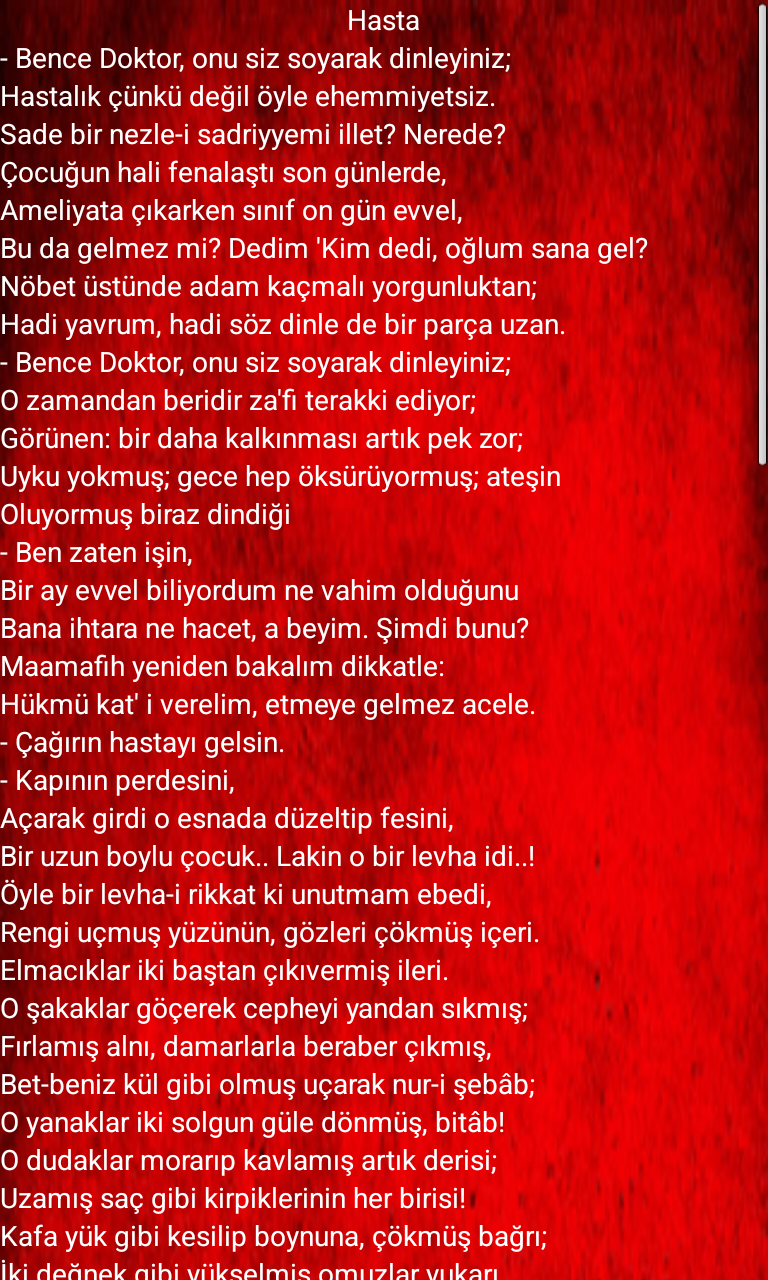
Repository: dokayazilim/Safahat-Android--Uygulamasi
Layout: safahat(android)/Safahat/res/layout/kitap2.xml
The author's editor kept a copy of each file at every save. The layout is drawn from the files as they stood at one save, then again after the next save.
It is drawn on a 768 x 1280 px phone screen (xhdpi) without system bars, with theme android:Theme; the app's code is not run.

Above is the layout before, as saved 2012-09-05 12:16:48.

### safahat(android)/Safahat/res/layout/kitap2.xml
<?xml version="1.0" encoding="utf-8"?>
<ScrollView    android:id="@+id/widget1"    android:layout_width="fill_parent"    android:layout_height="fill_parent"    xmlns:android="http://schemas.android.com/apk/res/android"    >
<LinearLayout xmlns:android="http://schemas.android.com/apk/res/android"
    android:layout_width="fill_parent"
    android:layout_height="fill_parent"
    android:orientation="vertical" android:background="@drawable/androidturk">


    <TextView
        android:id="@+id/textView1"
        android:layout_width="wrap_content"
        android:layout_height="wrap_content"
        android:text="Hasta" android:layout_gravity="center" android:textColor="#ffffff"/>
 <TextView
        android:id="@+id/textView2"
        android:layout_width="wrap_content"
        android:layout_height="wrap_content"
        android:text="- Bence Doktor, onu siz soyarak dinleyiniz; " android:textColor="#ffffff"/>
    <TextView
        android:id="@+id/textView3"
        android:layout_width="wrap_content"
        android:layout_height="wrap_content"
        android:text="Hastalık çünkü değil öyle ehemmiyetsiz. " android:textColor="#ffffff"/>
    <TextView
        android:id="@+id/textView4"
        android:layout_width="wrap_content"
        android:layout_height="wrap_content"
        android:text="Sade bir nezle-i sadriyyemi illet? Nerede? " android:textColor="#ffffff"/>
    <TextView
        android:id="@+id/textView5"
        android:layout_width="wrap_content"
        android:layout_height="wrap_content"
        android:text="Çocuğun hali fenalaştı son günlerde,  " android:textColor="#ffffff"/>
    <TextView
        android:id="@+id/textView6"
        android:layout_width="wrap_content"
        android:layout_height="wrap_content"
        android:text="Ameliyata çıkarken sınıf on gün evvel,  " android:textColor="#ffffff"/>
    <TextView
        android:id="@+id/textView7"
        android:layout_width="wrap_content"
        android:layout_height="wrap_content"
        android:text="Bu da gelmez mi? Dedim 'Kim dedi, oğlum sana gel? " android:textColor="#ffffff"/>
    <TextView
        android:id="@+id/textView8"
        android:layout_width="wrap_content"
        android:layout_height="wrap_content"
        android:text="Nöbet üstünde adam kaçmalı yorgunluktan; " android:textColor="#ffffff"/>
    <TextView
        android:id="@+id/textView9"
        android:layout_width="wrap_content"
        android:layout_height="wrap_content"
        android:text="Hadi yavrum, hadi söz dinle de bir parça uzan. " android:textColor="#ffffff"/>
    <TextView
        android:id="@+id/textView10"
        android:layout_width="wrap_content"
        android:layout_height="wrap_content"
        android:text="- Bence Doktor, onu siz soyarak dinleyiniz; " android:textColor="#ffffff"/>
    <TextView
        android:id="@+id/textView11"
        android:layout_width="wrap_content"
        android:layout_height="wrap_content"
        android:text="O zamandan beridir za'fi terakki ediyor;  " android:textColor="#ffffff"/>
    <TextView
        android:id="@+id/textView12"
        android:layout_width="wrap_content"
        android:layout_height="wrap_content"
        android:text="Görünen: bir daha kalkınması artık pek zor;  " android:textColor="#ffffff"/>
    <TextView
        android:id="@+id/textView13"
        android:layout_width="wrap_content"
        android:layout_height="wrap_content"
        android:text="Uyku yokmuş; gece hep öksürüyormuş; ateşin  " android:textColor="#ffffff"/>
    <TextView
        android:id="@+id/textView14"
        android:layout_width="wrap_content"
        android:layout_height="wrap_content"
        android:text="Oluyormuş biraz dindiği  " android:textColor="#ffffff"/>
    <TextView
        android:id="@+id/textView15"
        android:layout_width="wrap_content"
        android:layout_height="wrap_content"
        android:text="- Ben zaten işin, " android:textColor="#ffffff"/>
    <TextView
        android:id="@+id/textView16"
        android:layout_width="wrap_content"
        android:layout_height="wrap_content"
        android:text="Bir ay evvel biliyordum ne vahim olduğunu " android:textColor="#ffffff"/>
    <TextView
        android:id="@+id/textView17"
        android:layout_width="wrap_content"
        android:layout_height="wrap_content"
        android:text="Bana ihtara ne hacet, a beyim. Şimdi bunu?  " android:textColor="#ffffff"/>
    <TextView
        android:id="@+id/textView18"
        android:layout_width="wrap_content"
        android:layout_height="wrap_content"
        android:text="Maamafih yeniden bakalım dikkatle:  " android:textColor="#ffffff"/>
    <TextView
        android:id="@+id/textView19"
        android:layout_width="wrap_content"
        android:layout_height="wrap_content"
        android:text="Hükmü kat' i verelim, etmeye gelmez acele. " android:textColor="#ffffff"/>
    <TextView
        android:id="@+id/textView20"
        android:layout_width="wrap_content"
        android:layout_height="wrap_content"
        android:text="- Çağırın hastayı gelsin. " android:textColor="#ffffff"/>
    <TextView
        android:id="@+id/textView21"
        android:layout_width="wrap_content"
        android:layout_height="wrap_content"
        android:text="- Kapının perdesini,  " android:textColor="#ffffff"/>
    <TextView
        android:id="@+id/textView22"
        android:layout_width="wrap_content"
        android:layout_height="wrap_content"
        android:text="Açarak girdi o esnada düzeltip fesini, " android:textColor="#ffffff"/>
    <TextView
        android:id="@+id/textView23"
        android:layout_width="wrap_content"
        android:layout_height="wrap_content"
        android:text="Bir uzun boylu çocuk.. Lakin o bir levha idi..!  " android:textColor="#ffffff"/>
    <TextView
        android:id="@+id/textView24"
        android:layout_width="wrap_content"
        android:layout_height="wrap_content"
        android:text="Öyle bir levha-i rikkat ki unutmam ebedi,  " android:textColor="#ffffff"/>
    <TextView
        android:id="@+id/textView25"
        android:layout_width="wrap_content"
        android:layout_height="wrap_content"
        android:text="Rengi uçmuş yüzünün, gözleri çökmüş içeri.  " android:textColor="#ffffff"/>
    <TextView
        android:id="@+id/textView26"
        android:layout_width="wrap_content"
        android:layout_height="wrap_content"
        android:text="Elmacıklar iki baştan çıkıvermiş ileri.  " android:textColor="#ffffff"/>
    <TextView
        android:id="@+id/textView27"
        android:layout_width="wrap_content"
        android:layout_height="wrap_content"
        android:text="O şakaklar göçerek cepheyi yandan sıkmış;  " android:textColor="#ffffff"/>
    <TextView
        android:id="@+id/textView28"
        android:layout_width="wrap_content"
        android:layout_height="wrap_content"
        android:text="Fırlamış alnı, damarlarla beraber çıkmış, " android:textColor="#ffffff"/>
    <TextView
        android:id="@+id/textView29"
        android:layout_width="wrap_content"
        android:layout_height="wrap_content"
        android:text="Bet-beniz kül gibi olmuş uçarak nur-i şebâb;  " android:textColor="#ffffff"/>
    <TextView
        android:id="@+id/textView30"
        android:layout_width="wrap_content"
        android:layout_height="wrap_content"
        android:text="O yanaklar iki solgun güle dönmüş, bitâb!  " android:textColor="#ffffff"/>
    <TextView
        android:id="@+id/textView31"
        android:layout_width="wrap_content"
        android:layout_height="wrap_content"
        android:text="O dudaklar morarıp kavlamış artık derisi;  " android:textColor="#ffffff"/>
    <TextView
        android:id="@+id/textView32"
        android:layout_width="wrap_content"
        android:layout_height="wrap_content"
        android:text="Uzamış saç gibi kirpiklerinin her birisi!  " android:textColor="#ffffff"/>
    <TextView
        android:id="@+id/textView33"
        android:layout_width="wrap_content"
        android:layout_height="wrap_content"
        android:text="Kafa yük gibi kesilip boynuna, çökmüş bağrı; " android:textColor="#ffffff"/>
    <TextView
        android:id="@+id/textView34"
        android:layout_width="wrap_content"
        android:layout_height="wrap_content"
        android:text="İki değnek gibi yükselmiş omuzlar yukarı.  " android:textColor="#ffffff"/>
    <TextView
        android:id="@+id/textView35"
        android:layout_width="wrap_content"
        android:layout_height="wrap_content"
        android:text="- Otur oğlum seni dikkatlice bir dinleyelim …   " android:textColor="#ffffff"/>
    <TextView
        android:id="@+id/textView36"
        android:layout_width="wrap_content"
        android:layout_height="wrap_content"
        android:text="Soyun evvelce, fakat …   " android:textColor="#ffffff"/>
    <TextView
        android:id="@+id/textView37"
        android:layout_width="wrap_content"
        android:layout_height="wrap_content"
        android:text="- Siz soyunuz yok halim!  " android:textColor="#ffffff"/>
    <TextView
        android:id="@+id/textView38"
        android:layout_width="wrap_content"
        android:layout_height="wrap_content"
        android:text="Soydu bîçâreyi üç-beş kişi birden, o zaman   " android:textColor="#ffffff"/>
    <TextView
        android:id="@+id/textView39"
        android:layout_width="wrap_content"
        android:layout_height="wrap_content"
        android:text="Aldı bir heykeli uryân-i sefalet meydan  " android:textColor="#ffffff"/>
    <TextView
        android:id="@+id/textView40"
        android:layout_width="wrap_content"
        android:layout_height="wrap_content"
        android:text="Yok bu kemik külçesinin dinlenecek bir ciheti:  " android:textColor="#ffffff"/>
    <TextView
        android:id="@+id/textView41"
        android:layout_width="wrap_content"
        android:layout_height="wrap_content"
        android:text="' Bakmasak hastayı nevmid ederiz belki ' diye;   " android:textColor="#ffffff"/>
    <TextView
        android:id="@+id/textView42"
        android:layout_width="wrap_content"
        android:layout_height="wrap_content"
        android:text="Çocuğun göğsüne yaklaştım biraz dinlemeye:   " android:textColor="#ffffff"/>
    <TextView
        android:id="@+id/textView43"
        android:layout_width="wrap_content"
        android:layout_height="wrap_content"
        android:text="Öksür Oğlum … Nefes al…Oldu, giyin;  " android:textColor="#ffffff"/>
    <TextView
        android:id="@+id/textView44"
        android:layout_width="wrap_content"
        android:layout_height="wrap_content"
        android:text="Bakayım nabzına... A’ la... Sana yavrum, kodein  " android:textColor="#ffffff"/>
    <TextView
        android:id="@+id/textView45"
        android:layout_width="wrap_content"
        android:layout_height="wrap_content"
        android:text="Yazayım, öksürüyorsun, O, keser, pek iyidir…  " android:textColor="#ffffff"/>
    <TextView
        android:id="@+id/textView46"
        android:layout_width="wrap_content"
        android:layout_height="wrap_content"
        android:text="Arsenik hapları al, söylerim eczacı verir.  " android:textColor="#ffffff"/>
    <TextView
        android:id="@+id/textView47"
        android:layout_width="wrap_content"
        android:layout_height="wrap_content"
        android:text="Hadi git, kendine iyi bak…   " android:textColor="#ffffff"/>
    <TextView
        android:id="@+id/textView48"
        android:layout_width="wrap_content"
        android:layout_height="wrap_content"
        android:text="- Nasıl ettin doktor?   " android:textColor="#ffffff"/>
    <TextView
        android:id="@+id/textView49"
        android:layout_width="wrap_content"
        android:layout_height="wrap_content"
        android:text="- Edecek yok, çocuk artık yola girmiş, gidiyor!  " android:textColor="#ffffff"/>
    <TextView
        android:id="@+id/textView50"
        android:layout_width="wrap_content"
        android:layout_height="wrap_content"
        android:text="Sol taraftan rienin zirvesi tekmil çürümüş;  " android:textColor="#ffffff"/>
    <TextView
        android:id="@+id/textView51"
        android:layout_width="wrap_content"
        android:layout_height="wrap_content"
        android:text="Hastalık seyr-i tabiisini almış yürümüş.   " android:textColor="#ffffff"/>
    <TextView
        android:id="@+id/textView52"
        android:layout_width="wrap_content"
        android:layout_height="wrap_content"
        android:text="Devri salisteki asarı o mel'un marazin Var tamamıyle, değil hiçbir eksik arazin.   " android:textColor="#ffffff"/>
    <TextView
        android:id="@+id/textView53"
        android:layout_width="wrap_content"
        android:layout_height="wrap_content"
        android:text="Bütün a'raz, sehikiyle, zefiriyle…  " android:textColor="#ffffff"/>
    <TextView
        android:id="@+id/textView54"
        android:layout_width="wrap_content"
        android:layout_height="wrap_content"
        android:text="- Yeter!  " android:textColor="#ffffff"/>
    <TextView
        android:id="@+id/textView55"
        android:layout_width="wrap_content"
        android:layout_height="wrap_content"
        android:text="Hastanın çehresi meydan da! İnsanda meğer  " android:textColor="#ffffff"/>
    <TextView
        android:id="@+id/textView56"
        android:layout_width="wrap_content"
        android:layout_height="wrap_content"
        android:text="Olmasın his denilen şey.. O değil, lakin biz   " android:textColor="#ffffff"/>
    <TextView
        android:id="@+id/textView57"
        android:layout_width="wrap_content"
        android:layout_height="wrap_content"
        android:text="Bunu ' Tebdil-i hava ' derde nasıl göndeririz?   " android:textColor="#ffffff"/>
    <TextView
        android:id="@+id/textView58"
        android:layout_width="wrap_content"
        android:layout_height="wrap_content"
        android:text="Surda üç-beş günü var.. Gönderelim Yolda ölür….   " android:textColor="#ffffff"/>
    <TextView
        android:id="@+id/textView59"
        android:layout_width="wrap_content"
        android:layout_height="wrap_content"
        android:text="' Git! ' demek, hem, düşünürsek ne büyük bir zuldür!   " android:textColor="#ffffff"/>
    <TextView
        android:id="@+id/textView60"
        android:layout_width="wrap_content"
        android:layout_height="wrap_content"
        android:text="Hadi göndermeyelim.. Var mı fakat imkanı?  " android:textColor="#ffffff"/>
    <TextView
        android:id="@+id/textView61"
        android:layout_width="wrap_content"
        android:layout_height="wrap_content"
        android:text="Kime dert anlatırız? Bulsan a derdi anlayanı!   " android:textColor="#ffffff"/>
    <TextView
        android:id="@+id/textView62"
        android:layout_width="wrap_content"
        android:layout_height="wrap_content"
        android:text="- Sözünüz doğru, Müdür bey; ne yapıp yapmalı; tek   " android:textColor="#ffffff"/>
    <TextView
        android:id="@+id/textView63"
        android:layout_width="wrap_content"
        android:layout_height="wrap_content"
        android:text="Bu çocuk gitmelidir. Çünkü eminim, pek pek,   " android:textColor="#ffffff"/>
    <TextView
        android:id="@+id/textView64"
        android:layout_width="wrap_content"
        android:layout_height="wrap_content"
        android:text="Daha bir hafta yasar, sonra sirayet de olur;  " android:textColor="#ffffff"/>
    <TextView
        android:id="@+id/textView65"
        android:layout_width="wrap_content"
        android:layout_height="wrap_content"
        android:text="Böyle bir hastayı gönderse de mektep ma'zur.  " android:textColor="#ffffff"/>
    <TextView
        android:id="@+id/textView66"
        android:layout_width="wrap_content"
        android:layout_height="wrap_content"
        android:text="- Bir mübaşşir çağırın.   " android:textColor="#ffffff"/>
    <TextView
        android:id="@+id/textView67"
        android:layout_width="wrap_content"
        android:layout_height="wrap_content"
        android:text="- Buyrun efendim.   " android:textColor="#ffffff"/>
    <TextView
        android:id="@+id/textView68"
        android:layout_width="wrap_content"
        android:layout_height="wrap_content"
        android:text="- Bana bak:  " android:textColor="#ffffff"/>
    <TextView
        android:id="@+id/textView69"
        android:layout_width="wrap_content"
        android:layout_height="wrap_content"
        android:text="Hastanın gitmesi herhalde muvafık olacak.   " android:textColor="#ffffff"/>
    <TextView
        android:id="@+id/textView70"
        android:layout_width="wrap_content"
        android:layout_height="wrap_content"
        android:text="' Sana tebdil-i hava tavsiye etmiş doktor.  " android:textColor="#ffffff"/>
    <TextView
        android:id="@+id/textView71"
        android:layout_width="wrap_content"
        android:layout_height="wrap_content"
        android:text="Gezmiş olsan açılırsın..' diye bir fikrini sor.   " android:textColor="#ffffff"/>
    <TextView
        android:id="@+id/textView72"
        android:layout_width="wrap_content"
        android:layout_height="wrap_content"
        android:text="' İstemem! ' de o fakat dinleme, iknaa çalış;   " android:textColor="#ffffff"/>
    <TextView
        android:id="@+id/textView73"
        android:layout_width="wrap_content"
        android:layout_height="wrap_content"
        android:text="Kim bilir, belki de biçare çocuk anlamamış?   " android:textColor="#ffffff"/>
    <TextView
        android:id="@+id/textView74"
        android:layout_width="wrap_content"
        android:layout_height="wrap_content"
        android:text="- Şimdi tebdil-i hava var mı benim istediğim?   " android:textColor="#ffffff"/>
    <TextView
        android:id="@+id/textView75"
        android:layout_width="wrap_content"
        android:layout_height="wrap_content"
        android:text="Bırakın halime artık beni, rahat öleyim!    " android:textColor="#ffffff"/>
    <TextView
        android:id="@+id/textView76"
        android:layout_width="wrap_content"
        android:layout_height="wrap_content"
        android:text="Üç buçuk yıl bana katlandı bu mektep, üç gün   " android:textColor="#ffffff"/>
    <TextView
        android:id="@+id/textView77"
        android:layout_width="wrap_content"
        android:layout_height="wrap_content"
        android:text="Daha katlansa kıyamet mi kopar? Hem ne içün    " android:textColor="#ffffff"/>
    <TextView
        android:id="@+id/textView78"
        android:layout_width="wrap_content"
        android:layout_height="wrap_content"
        android:text="Beni yıllarca barındırmış olan bir yerden.   " android:textColor="#ffffff"/>
    <TextView
        android:id="@+id/textView79"
        android:layout_width="wrap_content"
        android:layout_height="wrap_content"
        android:text="' Öleceksin! ' diye koğmak? Bu koğulmaktır. Ben,  " android:textColor="#ffffff"/>
    <TextView
        android:id="@+id/textView80"
        android:layout_width="wrap_content"
        android:layout_height="wrap_content"
        android:text="Kimsesiz bir çocuğum nerde gider yer bulurum?  " android:textColor="#ffffff"/>
    <TextView
        android:id="@+id/textView81"
        android:layout_width="wrap_content"
        android:layout_height="wrap_content"
        android:text="Etmeyin sokaklarda perişan olurum!  " android:textColor="#ffffff"/>
    <TextView
        android:id="@+id/textView82"
        android:layout_width="wrap_content"
        android:layout_height="wrap_content"
        android:text="Anam ölmüş babamın bilmiyorum hiç yüzünü;  " android:textColor="#ffffff"/>
    <TextView
        android:id="@+id/textView83"
        android:layout_width="wrap_content"
        android:layout_height="wrap_content"
        android:text="Sanki atideki mevhum refahım giderek,   " android:textColor="#ffffff"/>
    <TextView
        android:id="@+id/textView84"
        android:layout_width="wrap_content"
        android:layout_height="wrap_content"
        android:text="Onu çalkandığı hüsranlar, içinden çekecek!    " android:textColor="#ffffff"/>
    <TextView
        android:id="@+id/textView85"
        android:layout_width="wrap_content"
        android:layout_height="wrap_content"
        android:text="Kardeşim kurduğun amali devirmekte ölüm;   " android:textColor="#ffffff"/>
    <TextView
        android:id="@+id/textView86"
        android:layout_width="wrap_content"
        android:layout_height="wrap_content"
        android:text="Beni göm hurfe-i nisyana, ben artık öldüm!   " android:textColor="#ffffff"/>
    <TextView
        android:id="@+id/textView87"
        android:layout_width="wrap_content"
        android:layout_height="wrap_content"
        android:text="Hangi bir derdim için ağlıyayım, bilmiyorum.   " android:textColor="#ffffff"/>
    <TextView
        android:id="@+id/textView88"
        android:layout_width="wrap_content"
        android:layout_height="wrap_content"
        android:text="Döktüğüm yaşları çok görmeyiniz; mağdurum!   " android:textColor="#ffffff"/>
    <TextView
        android:id="@+id/textView89"
        android:layout_width="wrap_content"
        android:layout_height="wrap_content"
        android:text="O kadar sa'y-i beliğin bu sefalet mi sonu?   " android:textColor="#ffffff"/>
    <TextView
        android:id="@+id/textView90"
        android:layout_width="wrap_content"
        android:layout_height="wrap_content"
        android:text="Biri evvelce eğer söylemiş olsaydı bunu, " android:textColor="#ffffff"/>
    <TextView
        android:id="@+id/textView91"
        android:layout_width="wrap_content"
        android:layout_height="wrap_content"
        android:text="Çalışıp ömrümü çılgınca heba etmezdim,   " android:textColor="#ffffff"/>

</LinearLayout>
</ScrollView>

After the next save:
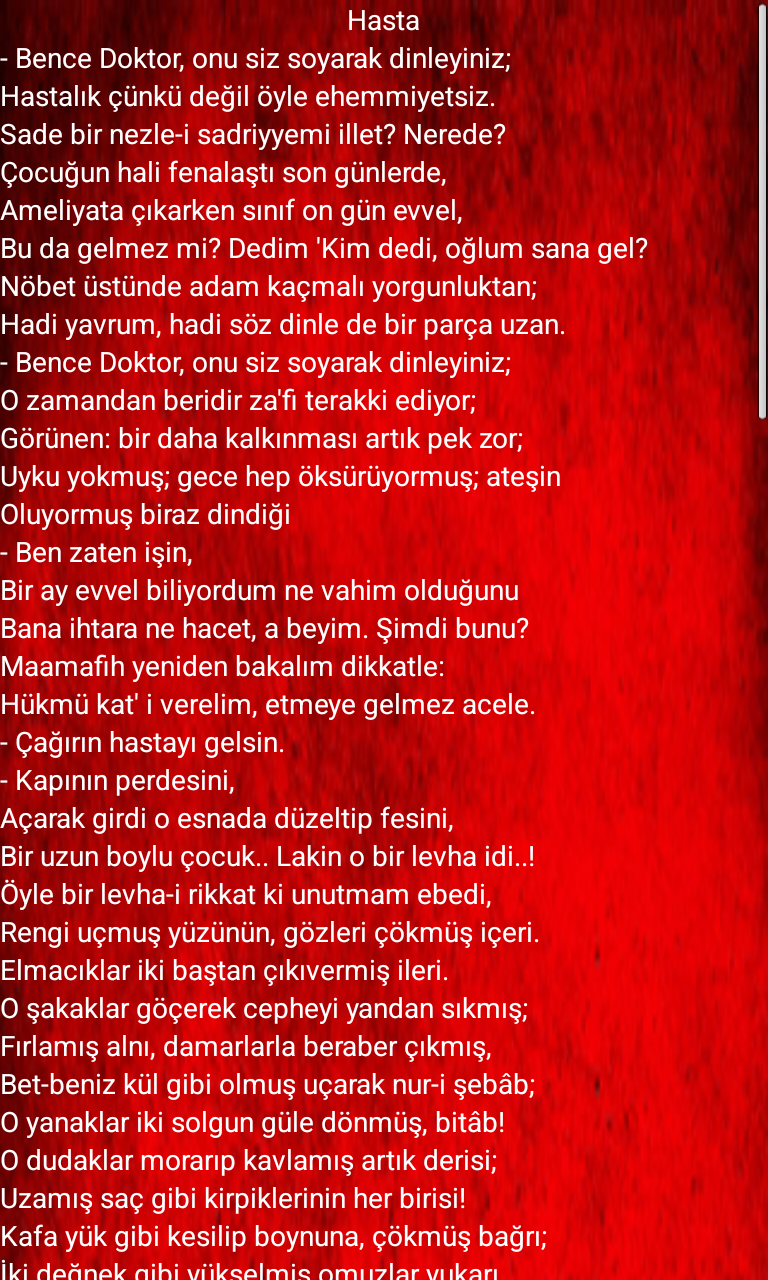
Saved 102 s later.
--- a/safahat(android)/Safahat/res/layout/kitap2.xml
+++ b/safahat(android)/Safahat/res/layout/kitap2.xml
@@ -461,6 +461,57 @@
         android:layout_width="wrap_content"
         android:layout_height="wrap_content"
         android:text="Çalışıp ömrümü çılgınca heba etmezdim,   " android:textColor="#ffffff"/>
+    <TextView
+        android:id="@+id/textView92"
+        android:layout_width="wrap_content"
+        android:layout_height="wrap_content"
+        android:text="Çalışıp ömrümü çılgınca heba etmezdim,   " android:textColor="#ffffff"/>
+    <TextView
+        android:id="@+id/textView93"
+        android:layout_width="wrap_content"
+        android:layout_height="wrap_content"
+        android:text="Çalışıp ömrümü çılgınca heba etmezdim,   " android:textColor="#ffffff"/>
+    <TextView
+        android:id="@+id/textView94"
+        android:layout_width="wrap_content"
+        android:layout_height="wrap_content"
+        android:text="Çalışıp ömrümü çılgınca heba etmezdim,   " android:textColor="#ffffff"/>
+    <TextView
+        android:id="@+id/textView95"
+        android:layout_width="wrap_content"
+        android:layout_height="wrap_content"
+        android:text="Çalışıp ömrümü çılgınca heba etmezdim,   " android:textColor="#ffffff"/>
+    <TextView
+        android:id="@+id/textView96"
+        android:layout_width="wrap_content"
+        android:layout_height="wrap_content"
+        android:text="Çalışıp ömrümü çılgınca heba etmezdim,   " android:textColor="#ffffff"/>
+    <TextView
+        android:id="@+id/textView97"
+        android:layout_width="wrap_content"
+        android:layout_height="wrap_content"
+        android:text="Çalışıp ömrümü çılgınca heba etmezdim,   " android:textColor="#ffffff"/>
+    <TextView
+        android:id="@+id/textView98"
+        android:layout_width="wrap_content"
+        android:layout_height="wrap_content"
+        android:text="Çalışıp ömrümü çılgınca heba etmezdim,   " android:textColor="#ffffff"/>
+    <TextView
+        android:id="@+id/textView99"
+        android:layout_width="wrap_content"
+        android:layout_height="wrap_content"
+        android:text="Çalışıp ömrümü çılgınca heba etmezdim,   " android:textColor="#ffffff"/>
+    <TextView
+        android:id="@+id/textView100"
+        android:layout_width="wrap_content"
+        android:layout_height="wrap_content"
+        android:text="Çalışıp ömrümü çılgınca heba etmezdim,   " android:textColor="#ffffff"/>
+    <TextView
+        android:id="@+id/textView91"
+        android:layout_width="wrap_content"
+        android:layout_height="wrap_content"
+        android:text="Çalışıp ömrümü çılgınca heba etmezdim,   " android:textColor="#ffffff"/>
+
 
 </LinearLayout>
 </ScrollView>
